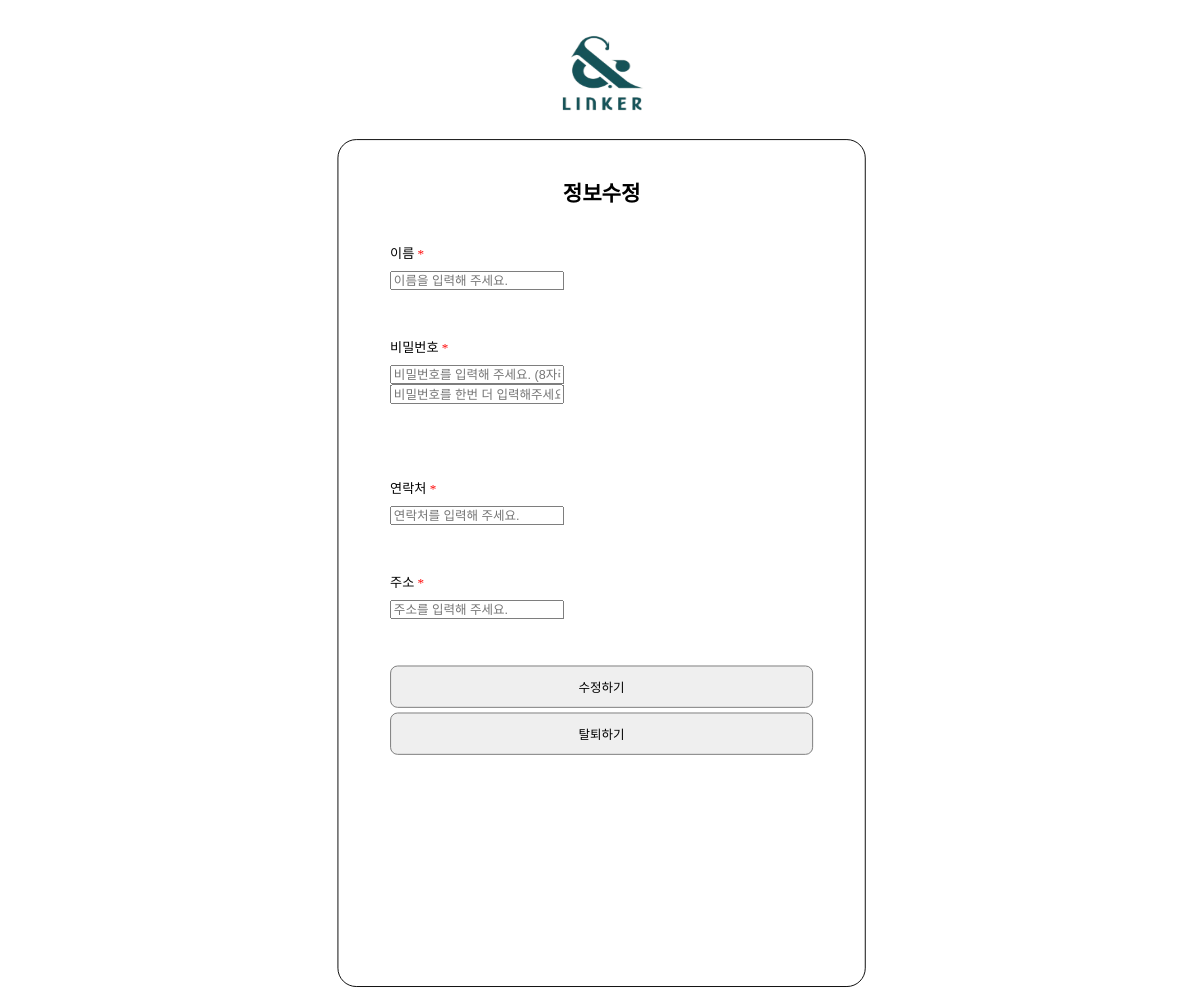
Repository: soomseting/let_me_go
Page: http://localhost/LINKER_re/jsp/main/user_update.jsp
An editor plug-in stored every save of this project. The page is shown before and after the next save, followed by the edit.
The browser window is 1280 px wide. The pictures show the whole page, at 94% of full size.
The pointer rests on the first visible `.su_con_for>.sui2`.
The page is served by Tomcat 9.

Above is the page before, as saved 2025-03-24 05:55:44.
Console error: TypeError: Cannot set properties of null (setting 'onclick')

After the next save:
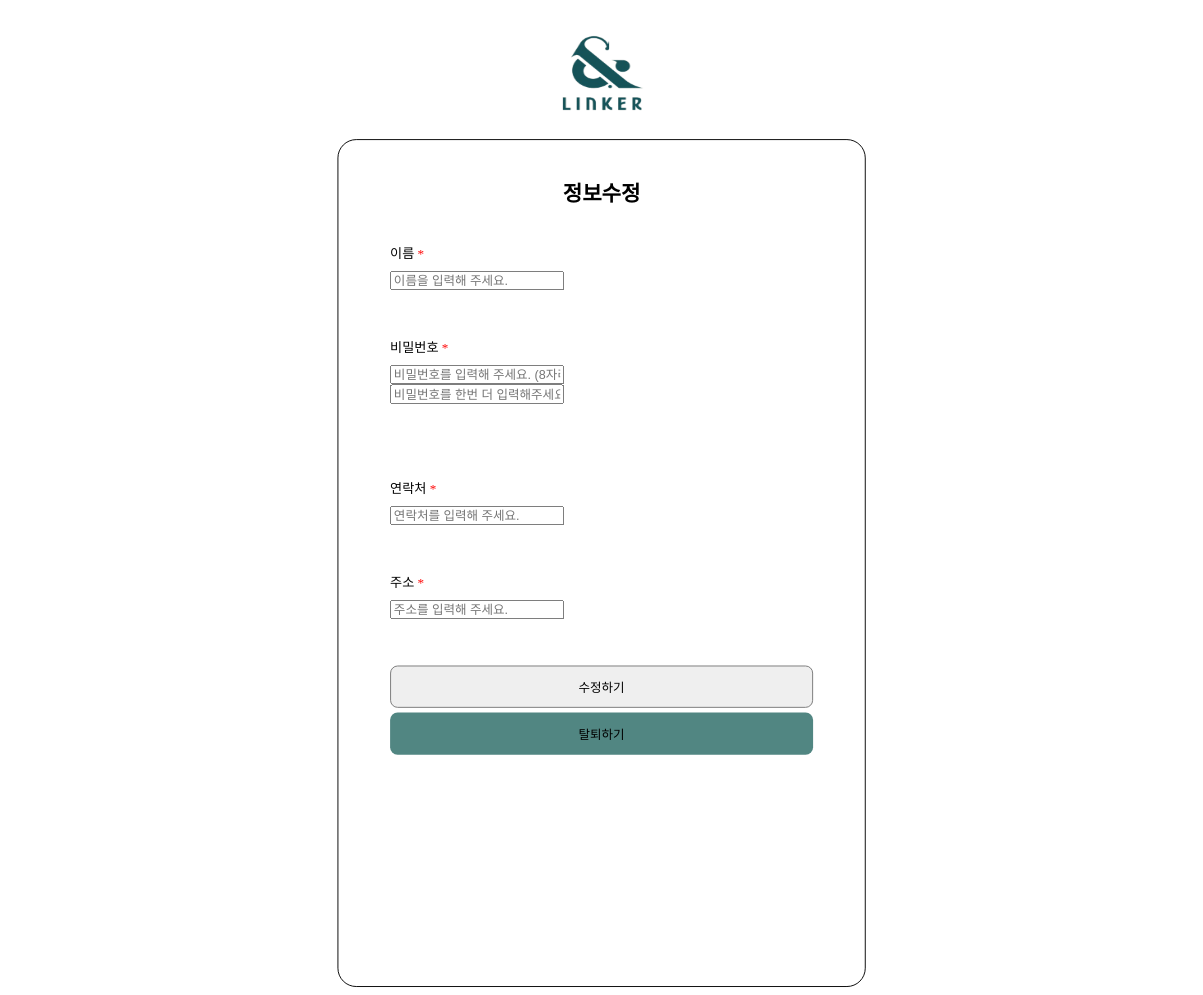
Saved 6 s later.
--- a/LINKER_re/src/main/webapp/css/sign_up.css
+++ b/LINKER_re/src/main/webapp/css/sign_up.css
@@ -16,7 +16,7 @@
 /* .su_con_for{margin-top: 15px;} */
 .su_con_for input{width: 475px;height: 50px; margin-top: 10px; background: #165358; color: #fff;font-size: 15px;transition: 0.3s;border: none;}
 .su_con_for>.sui1:hover .sui1_btn{background: #518682; transition: 0.3s;border: none;cursor: pointer;}
-.su_con_for>.sui2:hover input{background: #518682; transition: 0.3s;border: none;cursor: pointer;}
+.su_con_for>.sui2:hover .sui2_btn{background: #518682; transition: 0.3s;border: none;cursor: pointer;}
 
 #sign_up_agree{font-size: 10px;margin-bottom: 10px;color: rgb(154, 155, 167);}
 
